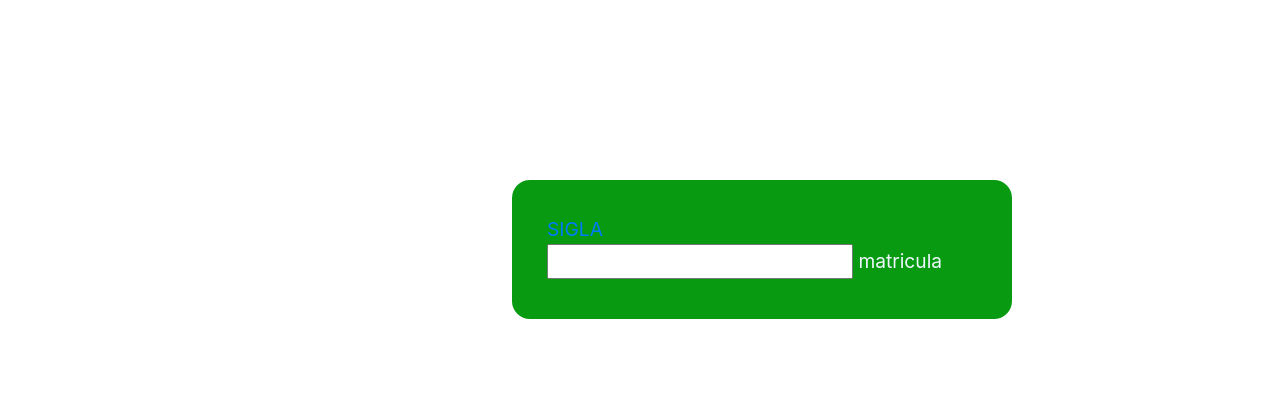
Repository: Melancia06/agenda
Page: index.html
The author's editor kept a copy of each file at every save. The page is drawn from the files as they stood at one save, then again after the next save.
The browser window is 1280 px wide. The pictures show the whole page.

Above is the page before, as saved 2024-08-08 09:32:01.

### index.html
<!DOCTYPE html>
<html lang="en">
<head>
    <meta charset="UTF-8">
    <meta name="viewport" content="width=device-width, initial-scale=1.0">
    <link rel="stylesheet" href="css/bootstrap.css">
    <link rel="stylesheet" href="css/fontawasome.css">
    <link rel="stylesheet" href="css/css.css">
    <title>começando a fazer esboço do sigla</title>
</head>
<body>
    <div class="marca" ><a class="marca-marca" href="#"> SIGLA</a>
        <br>
        <input type="text" name="matricula" id="matricula" class="input" required>
        <label for="matricula">matricula</label>
    </div>
</body>
</html>

### css/css.css
.marca{
    position: absolute;
   background-color:rgb(8, 155, 18);
   left: 40%;
   top: 25%;
    padding: 35px;
    border-radius: 18px;
    color: aliceblue;
 font-size: larger;
 min-width: 100px;
min-width: 500px;
min-height: 100px;
max-height: 500px;
}
.marca-marca:hover{

    background-color:rgb(18, 175, 18);
}

Loaded but not shown: css/bootstrap.css (library); css/fontawasome.css (4616 lines, source omitted)

After the next save:
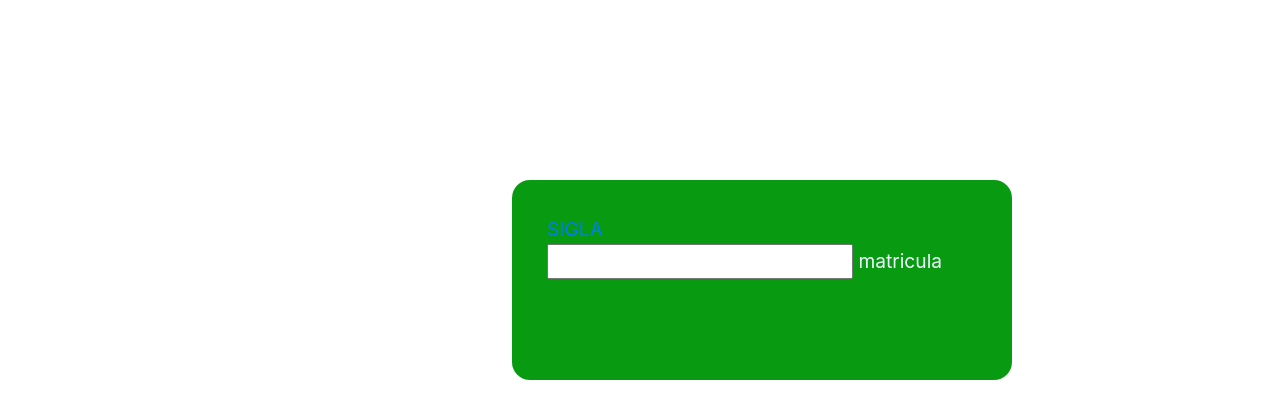
Saved 12 s later.
--- a/css/css.css
+++ b/css/css.css
@@ -9,7 +9,7 @@
  font-size: larger;
  min-width: 100px;
 min-width: 500px;
-min-height: 100px;
+min-height: 200px;
 max-height: 500px;
 }
 .marca-marca:hover{
